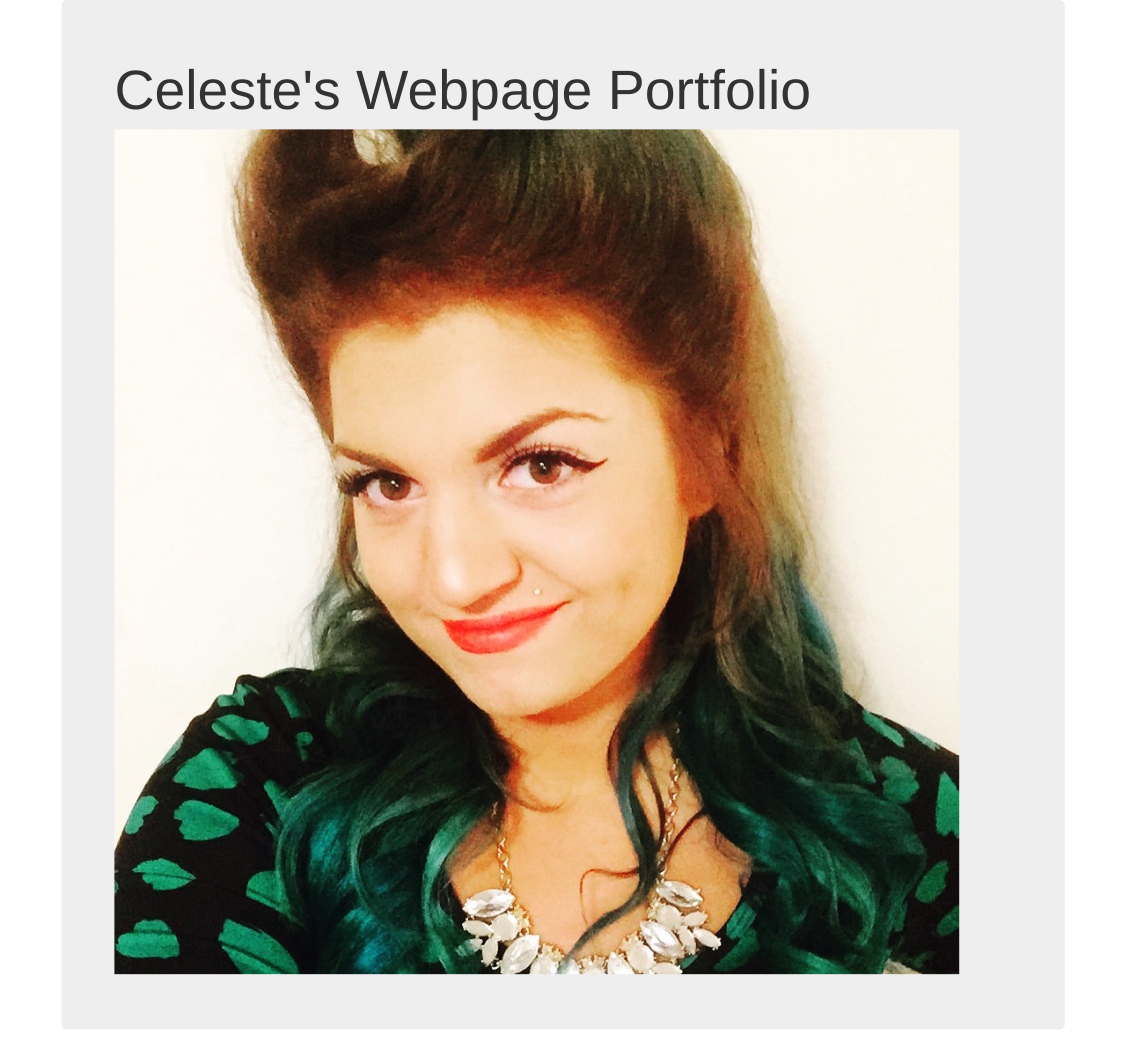
Repository: fieldceleste/portfolio-celeste
Page: portfolio-celeste.html
The author's editor kept a copy of each file at every save. The page is drawn from the files as they stood at one save, then again after the next save.
The browser window is 1280 px wide. The pictures show the whole page, at 88% of full size.

Above is the page before, as saved 2019-11-01 12:01:48.

### portfolio-celeste.html
<!DOCTYPE html>
<html>
  <head>
    <title>Celeste Field's Portfolio</title>
  <link href="css/bootstrap.css" rel="stylesheet" type="text/css">
  <link href="css/styles.css" rel="stylesheet" type="text/css">

 <body>
    <div class="container">
      <div class="jumbotron">
        <h1>Celeste's Webpage Portfolio</h1>
        <p>
          <img src="img/celeste.jpeg" class=".img" alt="photo of celeste field">
        </p>

  </body>
</html>

### css/styles.css
.img {
float:right;
width: 20px;
height:25px;

}

Loaded but not shown: css/bootstrap.css (library)

After the next save:
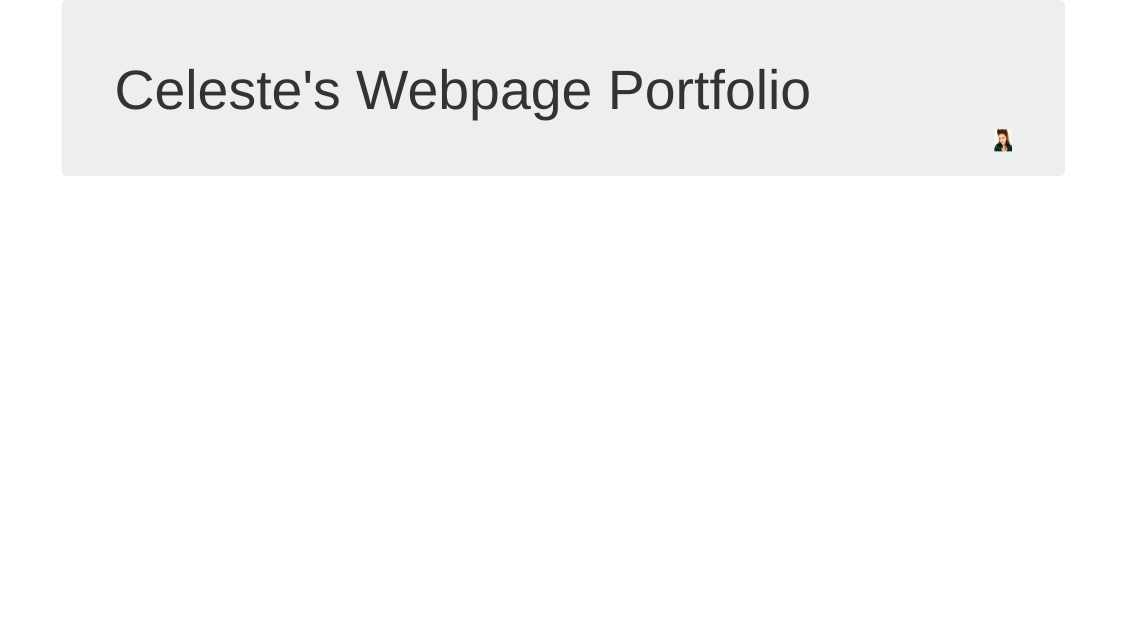
Saved 20 s later.
--- a/portfolio-celeste.html
+++ b/portfolio-celeste.html
@@ -10,7 +10,7 @@
       <div class="jumbotron">
         <h1>Celeste's Webpage Portfolio</h1>
         <p>
-          <img src="img/celeste.jpeg" class=".img" alt="photo of celeste field">
+          <img src="img/celeste.jpeg" class="img" alt="photo of celeste field">
         </p>
 
   </body>
--- a/css/styles.css
+++ b/css/styles.css
@@ -1,4 +1,4 @@
-.img {
+img{
 float:right;
 width: 20px;
 height:25px;
